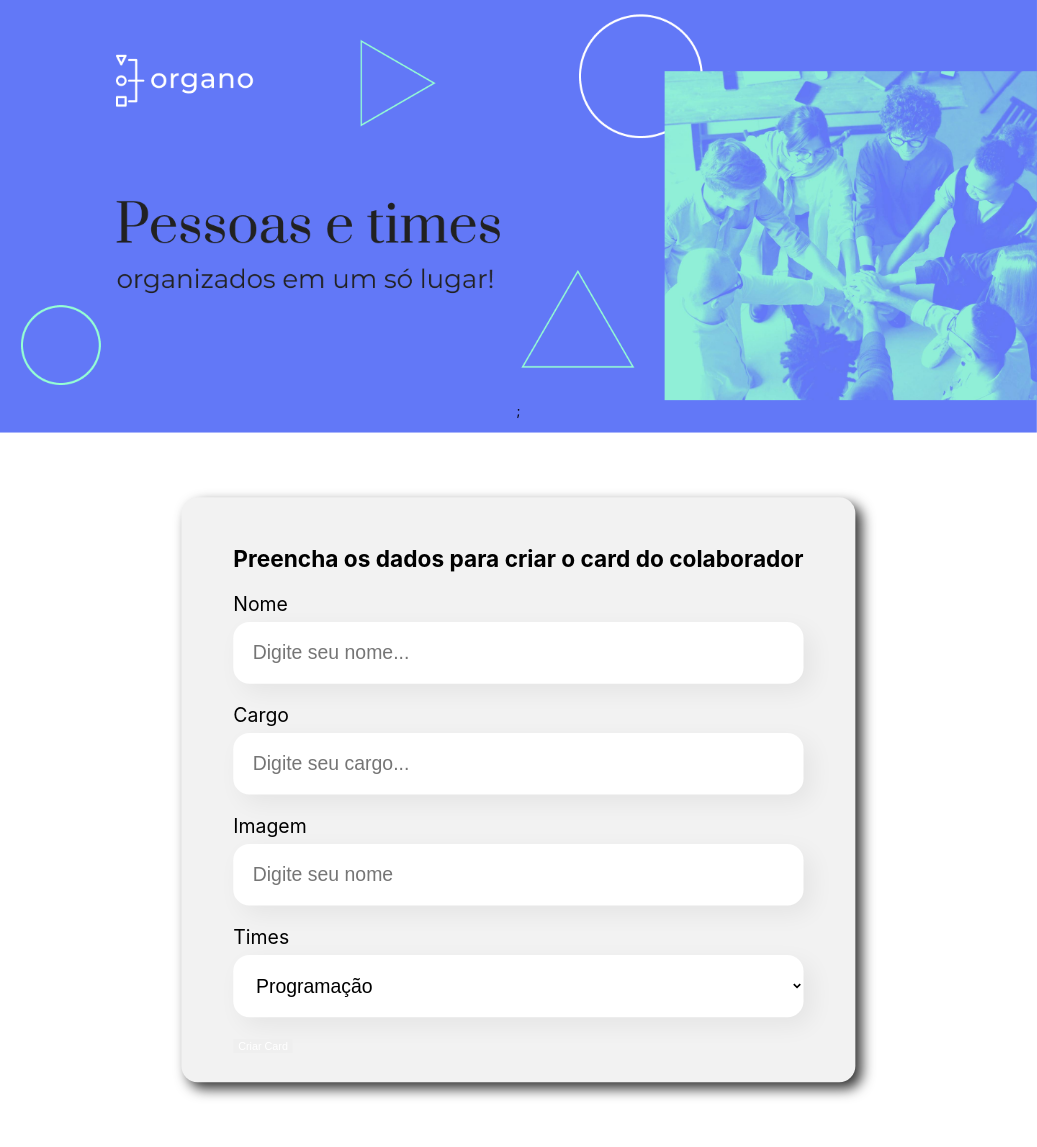
Repository: guilhermecardoso93/organo
Page: /
These files come from the project's save history. The page is drawn as it stood at one moment and after the next save; the edit follows.
The browser window is 1280 px wide. The pictures show the whole page, at 81% of full size.
The project was rebuilt for these pictures with package versions that can differ from the ones it lists, and the page was loaded fresh each time.

Above is the page before, as saved 2024-05-26 12:45:37.

### src/App.js
import { Banner } from "./components/Banner";
import { Form } from "./components/Form";

export default function App() {
  return (
    <div>
      <Banner />
      <Form />
    </div>
  );
}

### src/components/Banner/index.js
import BannerBackground from "../../assets/imagens/banner.png";
import "./styles.css";

export function Banner() {
  return (
    <header className="background-banner">
      <img src={BannerBackground} alt="Banner Principal da Página da Orgona" />;
    </header>
  );
}

### src/components/Form/index.js
import { Button } from "../Button";
import { Input } from "../Input";
import { ListDropDown } from "../ListDropDown";
import "./styles.css";

export function Form() {
  const times = [
    "Programação",
    "Front-End",
    "Data Science",
    "Devops",
    "UX e Design",
    "Mobile",
    " Inovação e Gestão",
  ];
  return (
    <section className="form">
      <form>
        <h2>Preencha os dados para criar o card do colaborador</h2>
        <Input label="Nome" placeholder="Digite seu nome..." />
        <Input label="Cargo" placeholder="Digite seu cargo..." />
        <Input label="Imagem" placeholder="Digite seu nome" />
        <ListDropDown itens={times} label="Times" />
        <Button title="Criar Card" />
      </form>
    </section>
  );
}

### src/components/Banner/styles.css
.background-banner {
  background-color: #6278f7;
  text-align: center;
  padding-bottom: 1rem;
}

.background-banner img {
  max-width: 100%;
}

### src/components/Button/index.js
import "./styles.css";

export function Button({ title }) {
  return <button>{title}</button>;
}

### src/components/Input/index.js
import "./styles.css";

export function Input({label, placeholder}) {
  return (
    <div className="campo-texto">
      <label>{label}</label>
      <input placeholder={placeholder}/>
    </div>
  );
}

### src/components/ListDropDown/index.js
import "./styles.css";

export function ListDropDown({ label, itens }) {
  return (
    <div className='list-dropdown'>
      <label>{label}</label>
      <select>
        {itens.map((item, index) => {
          return <option key={index}>{item}</option>;
        })}
      </select>
    </div>
  );
}

### src/components/Form/styles.css
.form {
  display: flex;
  justify-content: center;
  margin: 80px 0;
}

.form form {
  max-width: 80%;
  background-color: #f2f2f2;
  border-radius: 20px;
  padding: 36px 64px;
  box-shadow: 8px 8px 16px rgba(0,0,0, 0.8);
}

h2 {
  font-size: 1.75rem;
}

### src/components/Button/styles.css
button {
  color: white;
  border: none;
}

### src/components/Input/styles.css
.campo-texto {
  display: flex;
  flex-direction: column;
  margin: 24px 0;
}

.campo-texto label {
  display: block;
  margin-bottom: 8px;
  font-size: 24px;
  font-weight: semi-bold;
}

.campo-texto input {
  background-color: #fff;
  box-shadow: 10px 10px 30px rgba(0, 0, 0, 0.06);
  width: 100%;
  border: none;
  font-size: 24px;
  padding: 24px;
  box-sizing: border-box;
  border-radius: 20px;
}

### src/components/ListDropDown/styles.css
.list-dropdown {
  display: flex;
  flex-direction: column;
  margin: 24px 0;
}

.list-dropdown label {
  display: block;
  margin-bottom: 8px;
  font-size: 24px;
  font-weight: semi-bold;
}

.list-dropdown select {
  background-color: #fff;
  box-shadow: 10px 10px 30px rgba(0, 0, 0, 0.06);
  width: 100%;
  border: none;
  font-size: 24px;
  padding: 24px;
  box-sizing: border-box;
  border-radius: 20px;
}

Loaded but not shown: public/index.html (common file); src/index.js (common file); src/index.css (common file)

After the next save:
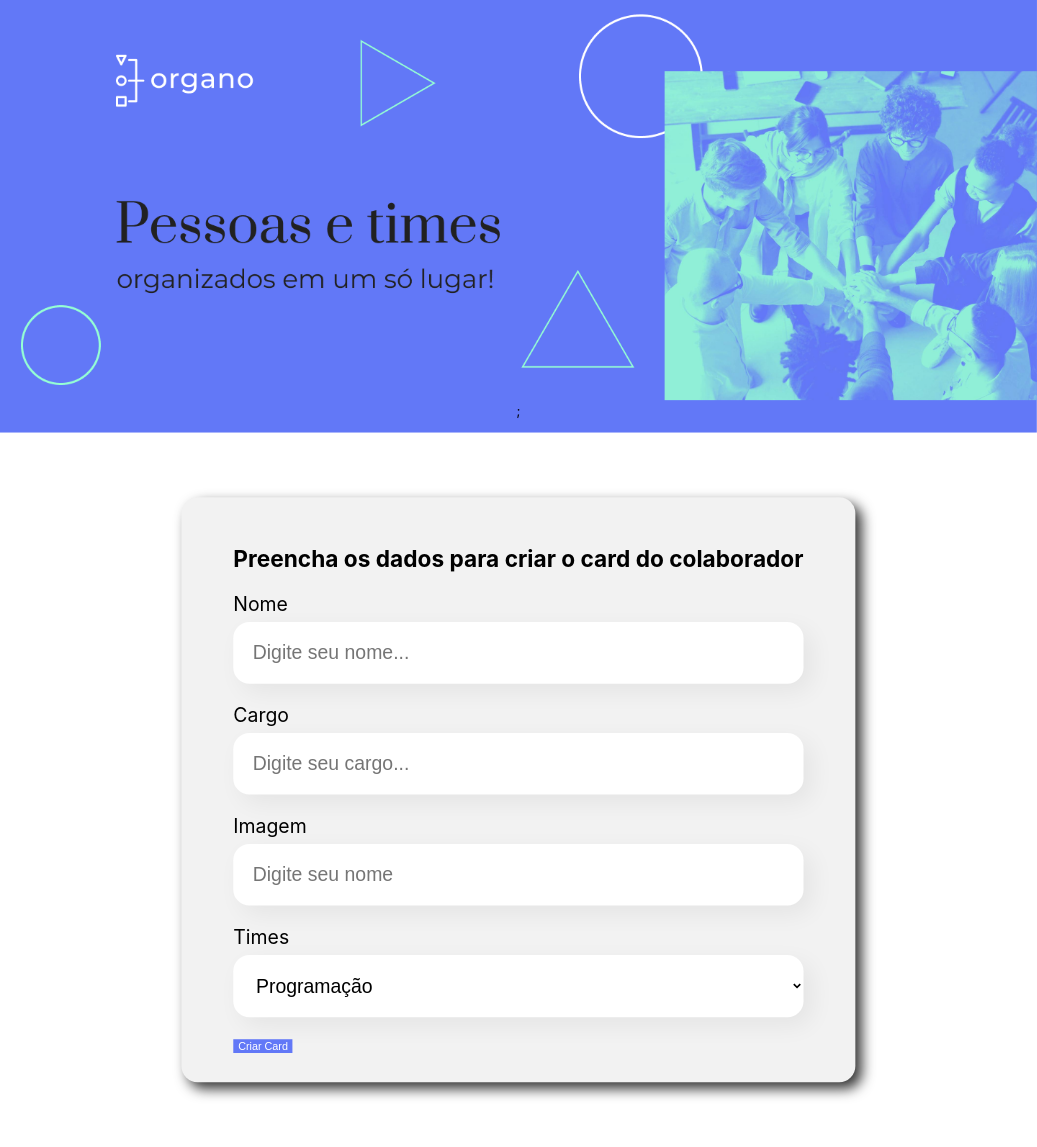
Saved 24 s later.
--- a/src/components/Button/styles.css
+++ b/src/components/Button/styles.css
@@ -1,4 +1,5 @@
 button {
+  background-color: #6278f7;
   color: white;
   border: none;
 }
